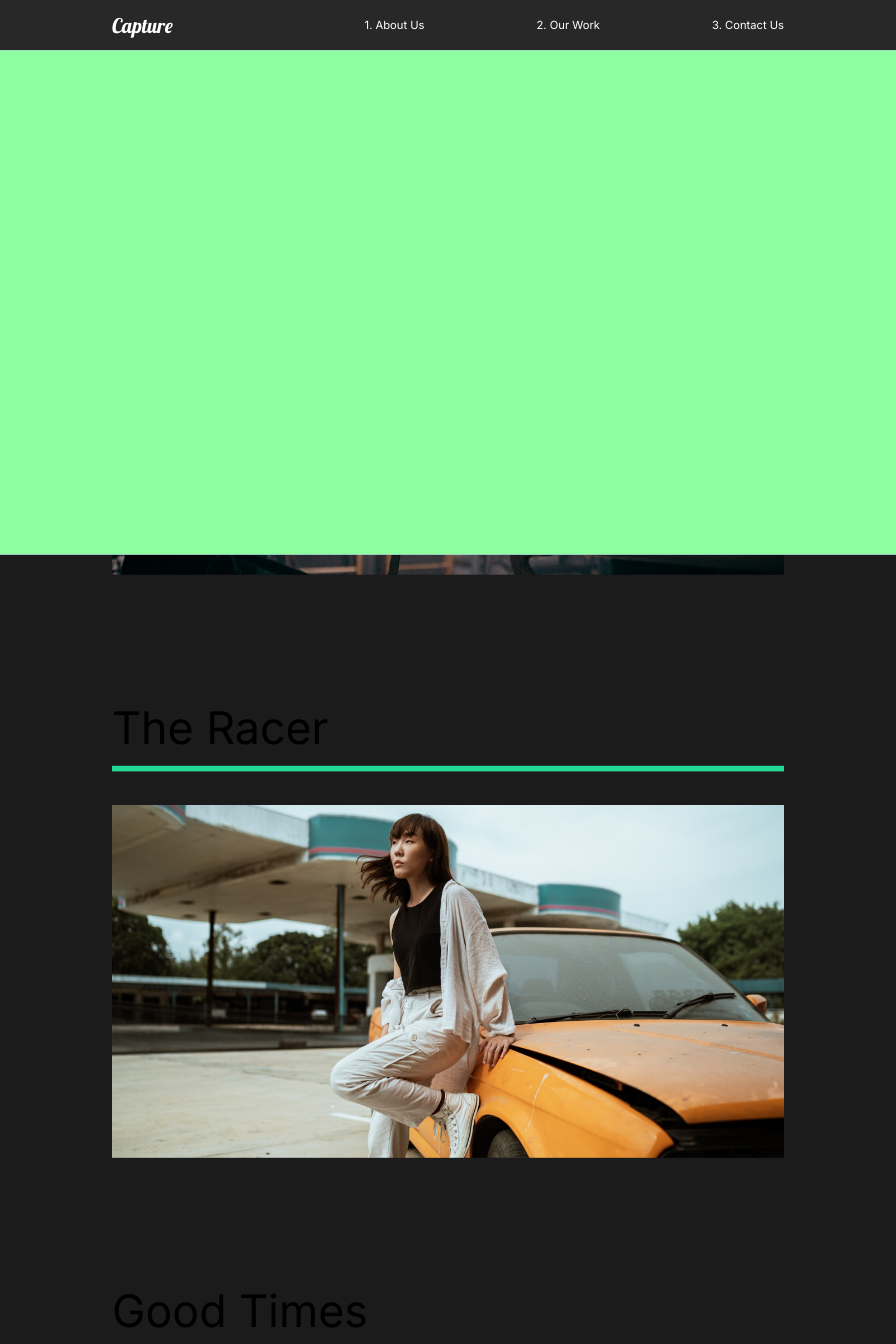
Repository: programmingwithlevi/capture
Page: /work
The author's editor kept a copy of each file at every save. The page is drawn from the files as they stood at one save, then again after the next save.
The browser window is 1280 px wide. The pictures show the part of the page from y = 0 to 1920 px (the page is 2731 px tall), at 70% of full size.
The project was rebuilt for these pictures with package versions that can differ from the ones it lists, and the page was loaded fresh each time. Also part of the build but not shown: src/styles.js, src/components/Wave.js, src/components/AboutSection.js, src/components/ServicesSection.js, src/components/FaqSection.js, src/pages/AboutUs.js, src/pages/ContactUs.js, src/movieState.js and 1 more.

Above is the page before, as saved 2021-12-10 16:10:07.

### public/index.html
<!DOCTYPE html>
<html lang="en">
  <head>
    <meta charset="utf-8" />
    <link rel="icon" href="%PUBLIC_URL%/favicon.ico" />
    <meta name="viewport" content="width=device-width, initial-scale=1" />
    <meta name="theme-color" content="#000000" />
    <meta
      name="description"
      content="Web site created using create-react-app"
    />
    <link rel="preconnect" href="https://fonts.googleapis.com">
<link rel="preconnect" href="https://fonts.gstatic.com" crossorigin>
<link href="https://fonts.googleapis.com/css2?family=Inter:wght@400;700&family=Lato:wght@400;700&display=swap" rel="stylesheet">
<link rel="preconnect" href="https://fonts.googleapis.com">
<link rel="preconnect" href="https://fonts.gstatic.com" crossorigin>
<link href="https://fonts.googleapis.com/css2?family=Inter:wght@400;700&family=Lato:wght@400;700&family=Lobster&display=swap" rel="stylesheet">
    <link rel="apple-touch-icon" href="%PUBLIC_URL%/logo192.png" />
    <!--
      manifest.json provides metadata used when your web app is installed on a
      user's mobile device or desktop. See https://developers.google.com/web/fundamentals/web-app-manifest/
    -->
    <link rel="manifest" href="%PUBLIC_URL%/manifest.json" />
    <!--
      Notice the use of %PUBLIC_URL% in the tags above.
      It will be replaced with the URL of the `public` folder during the build.
      Only files inside the `public` folder can be referenced from the HTML.

      Unlike "/favicon.ico" or "favicon.ico", "%PUBLIC_URL%/favicon.ico" will
      work correctly both with client-side routing and a non-root public URL.
      Learn how to configure a non-root public URL by running `npm run build`.
    -->
    <title>Capture</title>
  </head>
  <body>
    <noscript>You need to enable JavaScript to run this app.</noscript>
    <div id="root"></div>
    <!--
      This HTML file is a template.
      If you open it directly in the browser, you will see an empty page.

      You can add webfonts, meta tags, or analytics to this file.
      The build step will place the bundled scripts into the <body> tag.

      To begin the development, run `npm start` or `yarn start`.
      To create a production bundle, use `npm run build` or `yarn build`.
    -->
  </body>
</html>

### src/index.js
import React from 'react';
import ReactDOM from 'react-dom';

import App from './App';
import reportWebVitals from './reportWebVitals';
import {BrowserRouter} from 'react-router-dom';

ReactDOM.render(
  <React.StrictMode>
    <BrowserRouter>
    <App />
    </BrowserRouter>
  </React.StrictMode>,
  document.getElementById('root')
);

// If you want to start measuring performance in your app, pass a function
// to log results (for example: reportWebVitals(console.log))
// or send to an analytics endpoint. Learn more: https://bit.ly/CRA-vitals
reportWebVitals();

### src/App.js
import React from "react";
//import pages
import AboutUs from '../src/pages/AboutUs';
import GlobalStyle from "./components/GlobalStyle";
import ContactUs from "./pages/ContactUs";
import OurWork from "./pages/OurWork";
import Nav from "./components/Nav";
import MovieDetail from "./pages/MovieDetail";

//router
import {Route,Switch,useLocation} from "react-router-dom";
//animaitom
import {AnimatePresence} from "framer-motion";

function App() {
  const location = useLocation();
  return  (
    <div className="App">

        <GlobalStyle />

        <Nav />
        <AnimatePresence exitBeforeEnter>
        <Switch location={location} key={location.pathname}>
          <Route path="/"  exact>
            <AboutUs />
          </Route>
          <Route path="/work" exact>
            <OurWork />
          </Route>
          <Route path="/work/:id">
            <MovieDetail />
          </Route>
          <Route path="/contact">
            <ContactUs />
          </Route>


        </Switch>
        </AnimatePresence>
    </div>
  );
}

export default App;

### src/components/GlobalStyle.js
import {createGlobalStyle} from 'styled-components';

const GlobalStyle = createGlobalStyle`
*{
   margin: 0;
   padding: 0;
   box-sizing: border-box
}
body{
    background: #1b1b1b;
    font-family: 'Inter', sans-serif;
}
button{
    font-weight: bold;
    font-size: 1.1.rem;
    padding: 1rem 2rem;
    border: 3px solid #23d997;
    background: transparent;
    color: white;
    transition: all 0.5s ease;
    font-family: 'Inter', sans-serif;
    &:hover{
        background-color:  #23d997;
        color: white;
    }

}
h2{
       font-weight: lighter;
       font-size: 4rem;
    }
    h3{
        color: white;
    }
    h4{
        font-weight: bold;
        color: #23d997;
    }
    a{
        font-size: 1.1.rem;
    }
    span{
        font-weight: bold;
        color: #23d997;
    }
    p{
        padding: 3rem 0rem;
        color: #ccc;
        font-size: 1.4rem;
        line-height: 150%;
    }
`;
export default GlobalStyle;

### src/pages/OurWork.js
import React from "react";
import styled from "styled-components";
import {Link} from 'react-router-dom';
//images
import athlete from "../img/athlete-small.png";
import theracer from "../img/theracer-small.png";
import goodtimes from "../img/goodtimes-small.png";
//animation
import {motion} from "framer-motion";
import {pageAnimation,fade,photoAnim,lineAnim} from "../animations";

const OurWork = () => {
    return(
        <Work exit="exit" variants={pageAnimation} initial="hidden" animate="show">
            <Frame1></Frame1>
            <Frame2></Frame2>
            <Frame3></Frame3>
            <Frame4></Frame4>

            <Movie>
                <motion.h2 variants={fade}>The Athlete</motion.h2>
                <motion.div variants={lineAnim} className="line"></motion.div>
                <Link to="/work/the-athlete">
                <Hide>
                    <motion.img variants={photoAnim} src={athlete} alt="athlete" />
                </Hide>
                </Link>

            </Movie>
            <Movie>
                <h2>The Racer</h2>
                <div className="line"></div>
                <Link to="/work/the-racer">
                <img src={theracer} alt="theracer-small" /></Link>
            </Movie>
            <Movie>
                <h2>Good Times</h2>
                <div className="line"></div>
                <Link to="/work/good-times">

                        <img src={goodtimes} alt="goodtimes" /></Link>

            </Movie>
        </Work>
    )
}

const Work = styled(motion.div)`
    min-height: 100vh;
    overflow: hidden;
    padding: 5rem 10rem;
    h2{
        padding: 1rem 0rem;
    }

`;
const Movie = styled.div`
    padding-bottom: 10rem;
    .line{
        height: 0.5rem;
        background: #23d997;
        //margin-top: 3rem;
        margin-bottom: 3rem;
    }
    img{
        width: 100%;
        height: 70vh;
        object-fit: cover;
    }
`;

const Hide = styled.div`
    overflow: hidden;
`
const Frame1 = styled(motion.div)`
    position: fixed;
    left: 0;
    top: 10%;
    width: 100%;
    height: 100vh;
    background: #fffebf;
    z-index: 2;
`
const Frame2 = styled(Frame1)`
    background: #ff8efb;
`
const Frame3 = styled(Frame1)`
    background: #8ed2ff;
`
const Frame4 = styled(Frame1)`
    background: #8effa0;
`
export default OurWork;

### src/components/Nav.js
import React from 'react';
import styled from 'styled-components';
import {Link} from 'react-router-dom';

const Nav = () => {
    return(
        <StyledNav>
            <h1><Link id="logo" to="/">Capture</Link></h1>
            <ul>
                <li>
                    <Link to="/">1. About Us</Link>
                </li>
                <li>
                    <Link to="/work">2. Our Work</Link>
                </li>
                <li>
                    <Link to="/contact">3. Contact Us</Link>
                </li>
            </ul>
        </StyledNav>
    )
}

const StyledNav = styled.nav`
    min-height: 10vh;
    display: flex;
    margin: auto;
    justify-content: space-between;
    align-items: center;
    padding: 1rem 10rem;
    background: #282828;
    a{
        color: white;
        text-decoration: none;
    }
    ul{
        display: flex;
        list-style: none;
    }
    #logo{
        font-size: 1.8rem;
        font-family: 'Lobster', cursive;
        font-weight: lighter;
    }
    li{
        padding-left: 10rem;
        position: relative;
    }
`;

export default Nav;

### src/animations.js
import { withTheme } from "styled-components";

export const pageAnimation ={
    hidden: {
        opacity: 0,
        y: 300,

    },
    show: {
        opacity: 1,
        y: 0,
        transition: {
            duration: 1,
            when: "beforeChildren",
            staggerChildren: 0.25,
        },
    },
    exit: {
        opacity: 0,
        y: 300,
        transition: {
            duration: 0.5,
        },
    }
}
export const titleAnim = {
    hidden: {y: 200},
    show: {
        y:0,
        transition: {duration: 0.75, ease: "easeOut"},
    }
}
export const fade = {
    hidden: {opacity: 0},
    show: {
        opacity: 1,
        transition: {ease: "easeOut", duration: 0.75},
    }
}
export const photoAnim = {
    hidden: {scale: 1.5, opacity: 0},
    show: {
        scale: 1,
        opacity: 1,
        transition: 'easeOut',
        duration: 0.75,
    }
}
export const lineAnim = {
    hidden: {width: '0%'},
    show: {
        width: '100%',
        transition: {duration: 0.75},
    }
}

export const slider = {
    hidden: {x: '-130%', skew: '45deg'},
    show: {
        x: '100%',
    }
}

Loaded but not shown: src/reportWebVitals.js (common file)

After the next save:
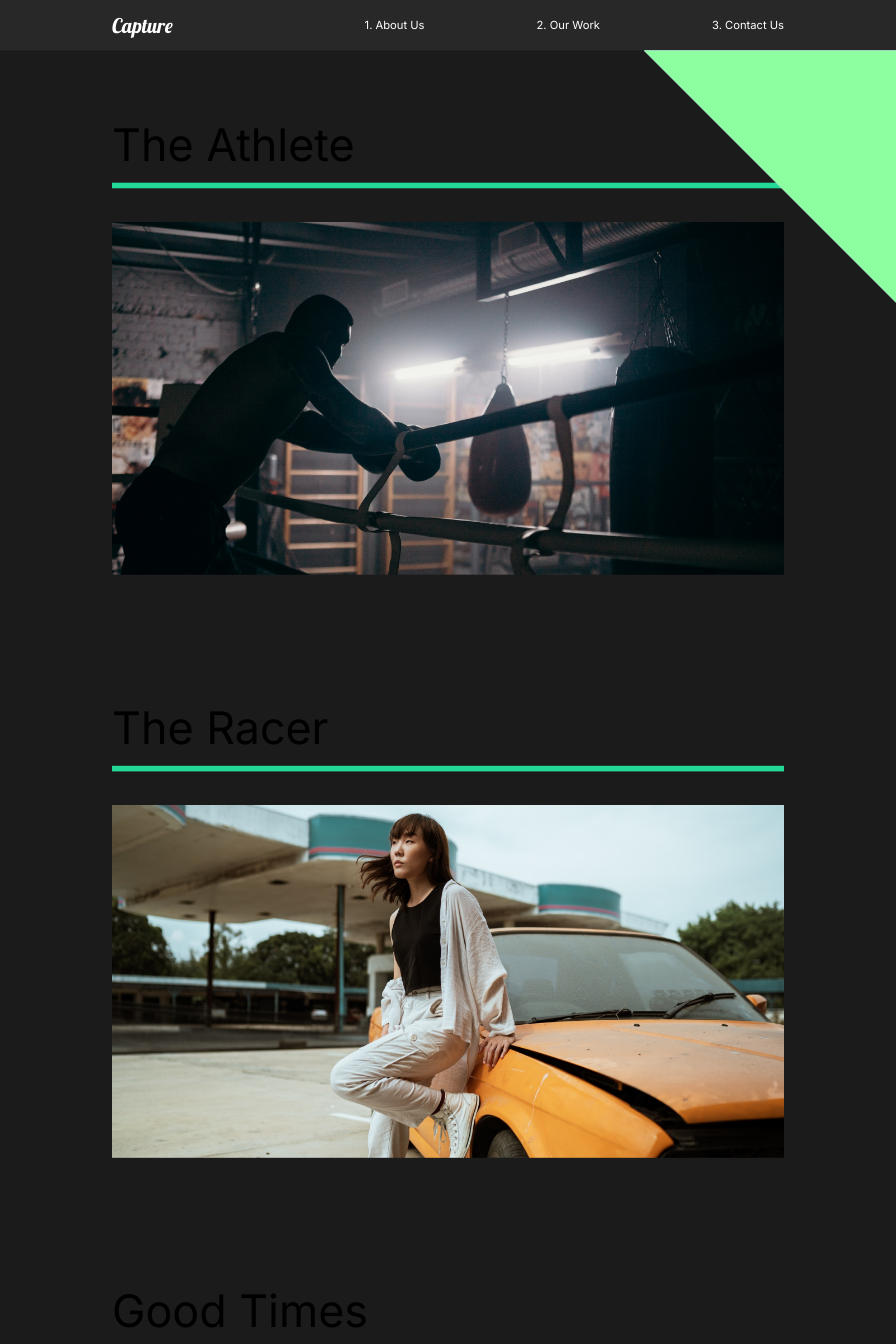
Saved 3 min 19 s later.
--- a/src/pages/OurWork.js
+++ b/src/pages/OurWork.js
@@ -7,15 +7,15 @@ import theracer from "../img/theracer-small.png";
 import goodtimes from "../img/goodtimes-small.png";
 //animation
 import {motion} from "framer-motion";
-import {pageAnimation,fade,photoAnim,lineAnim} from "../animations";
+import {slider,pageAnimation,fade,photoAnim,lineAnim} from "../animations";
 
 const OurWork = () => {
     return(
         <Work exit="exit" variants={pageAnimation} initial="hidden" animate="show">
-            <Frame1></Frame1>
-            <Frame2></Frame2>
-            <Frame3></Frame3>
-            <Frame4></Frame4>
+            <Frame1 variants={slider}></Frame1>
+            <Frame2 variants={slider}></Frame2>
+            <Frame3 variants={slider}></Frame3>
+            <Frame4 variants={slider}></Frame4>
 
             <Movie>
                 <motion.h2 variants={fade}>The Athlete</motion.h2>
